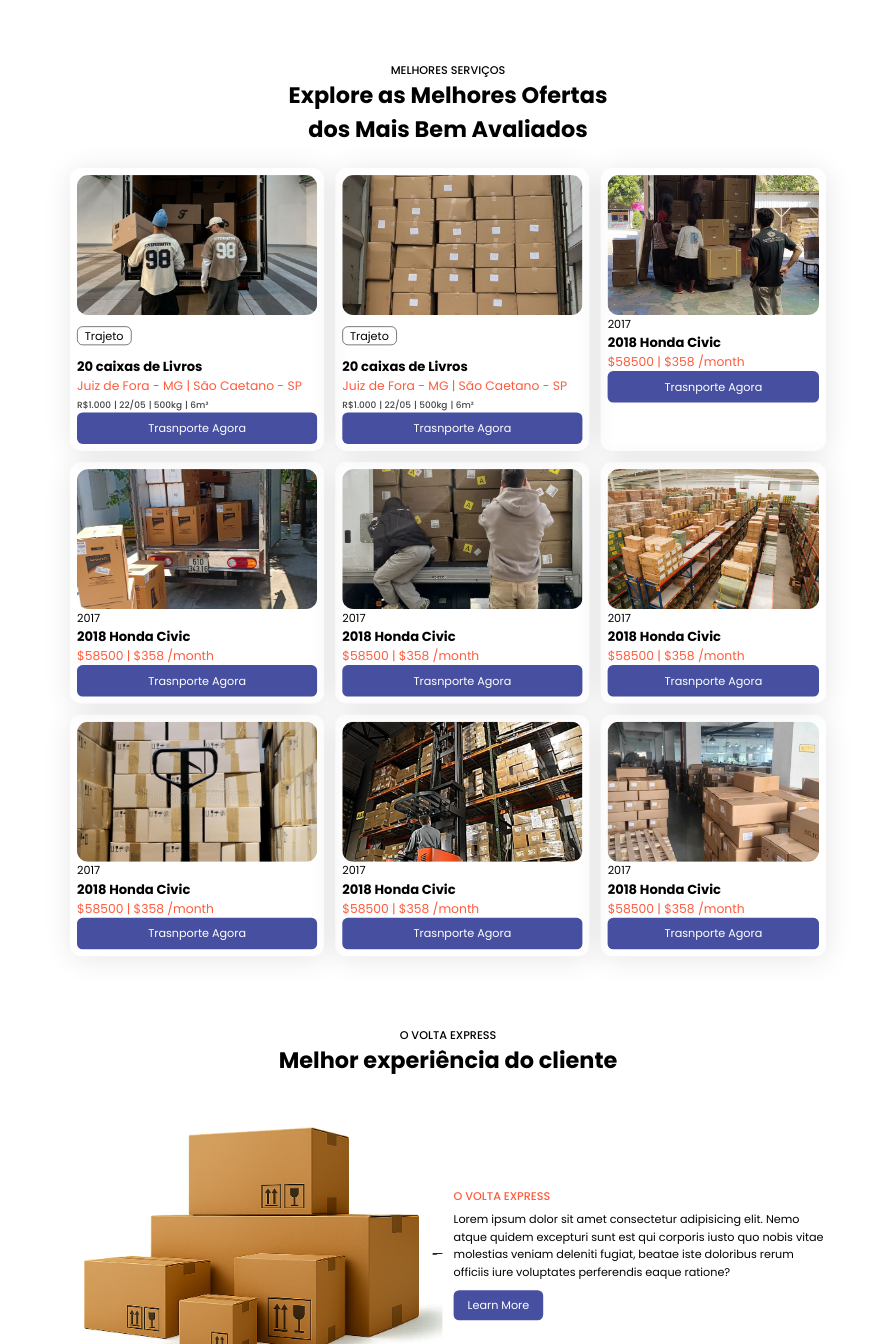
Repository: douglasabnovato/transportation
Page: index.html
These files come from the project's save history. The page is drawn as it stood at one moment and after the next save; the edit follows.
The browser window is 1280 px wide. The pictures show the part of the page from y = 1143 to 3063 px (the page is 3982 px tall before and 4008 px after), at 70% of full size.

Above is the page before, as saved 2025-05-19 01:25:54.

After the next save:
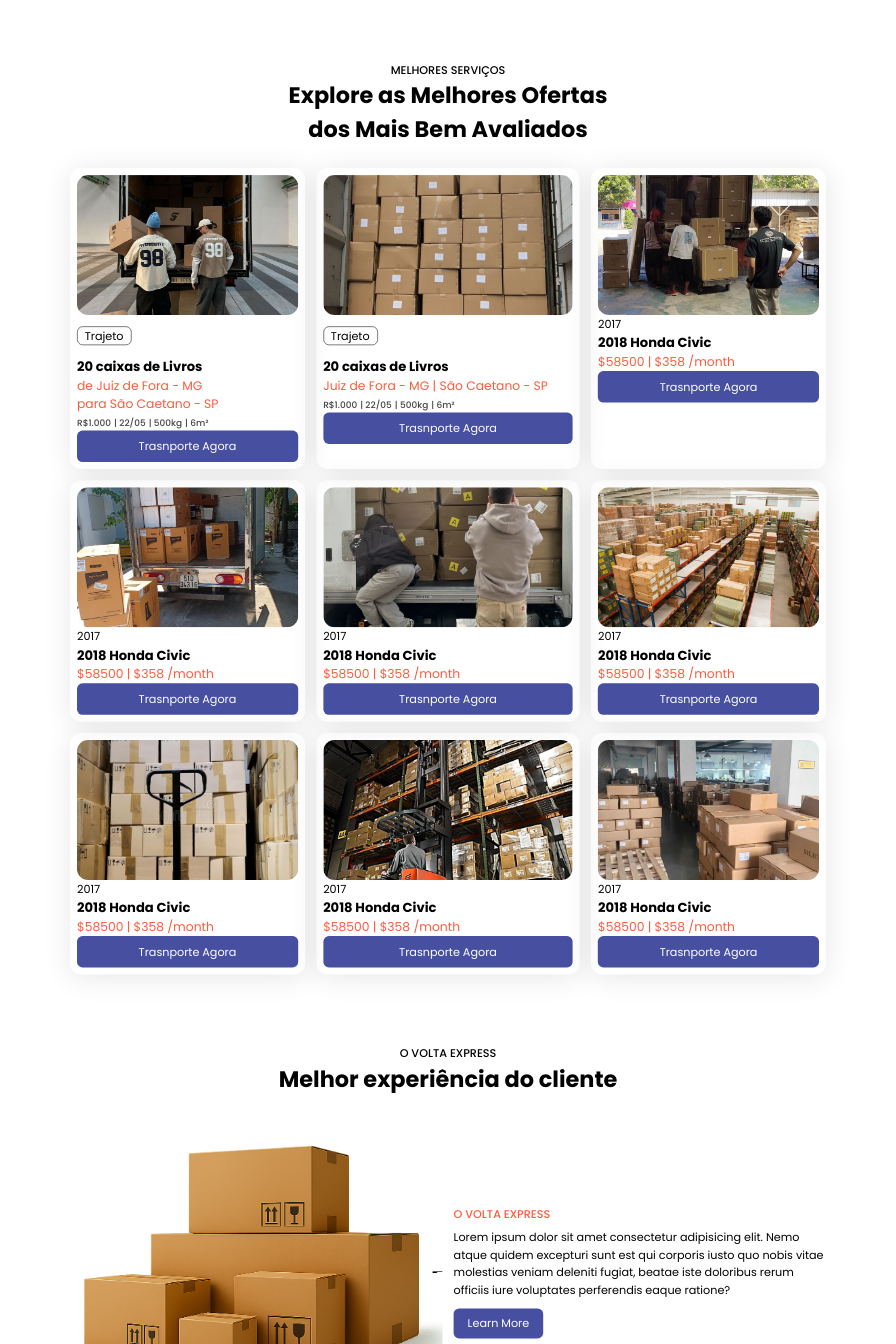
Saved 44 s later.
--- a/index.html
+++ b/index.html
@@ -121,7 +121,8 @@
           </div>
           <p class="infos">Trajeto</p>
           <h3>20 caixas de Livros</h3>
-          <h2>Juiz de Fora - MG | São Caetano - SP</h2>
+          <h2>de Juiz de Fora - MG  </h2>
+          <h2>para São Caetano - SP</h2>
           <p>
             <span> R$1.000</span>
             <span> | 22/05</span>
